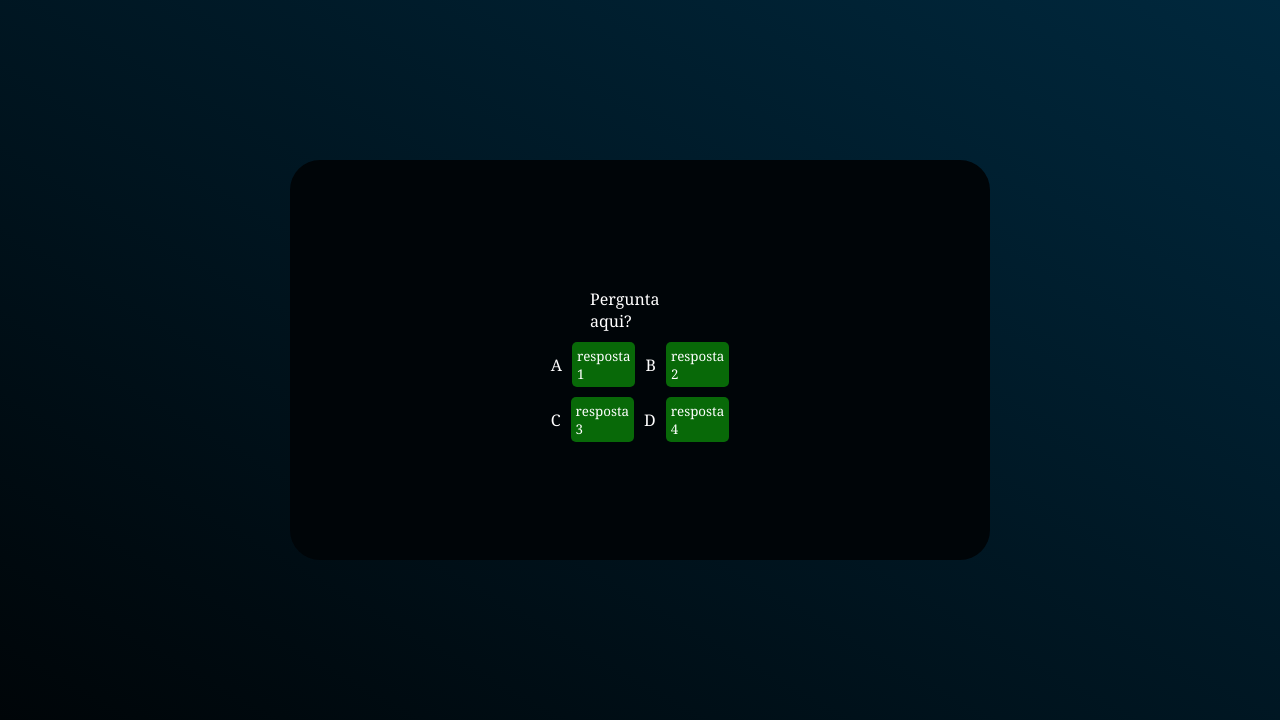
Repository: LaisSilvaO/Projeto-Quizz
Page: telas/index.html
These files come from the project's save history. The page is drawn as it stood at one moment and after the next save; the edit follows.
The browser window is 1280 px wide. The pictures show the whole page.

Above is the page before, as saved 2024-12-26 10:56:40.

After the next save:
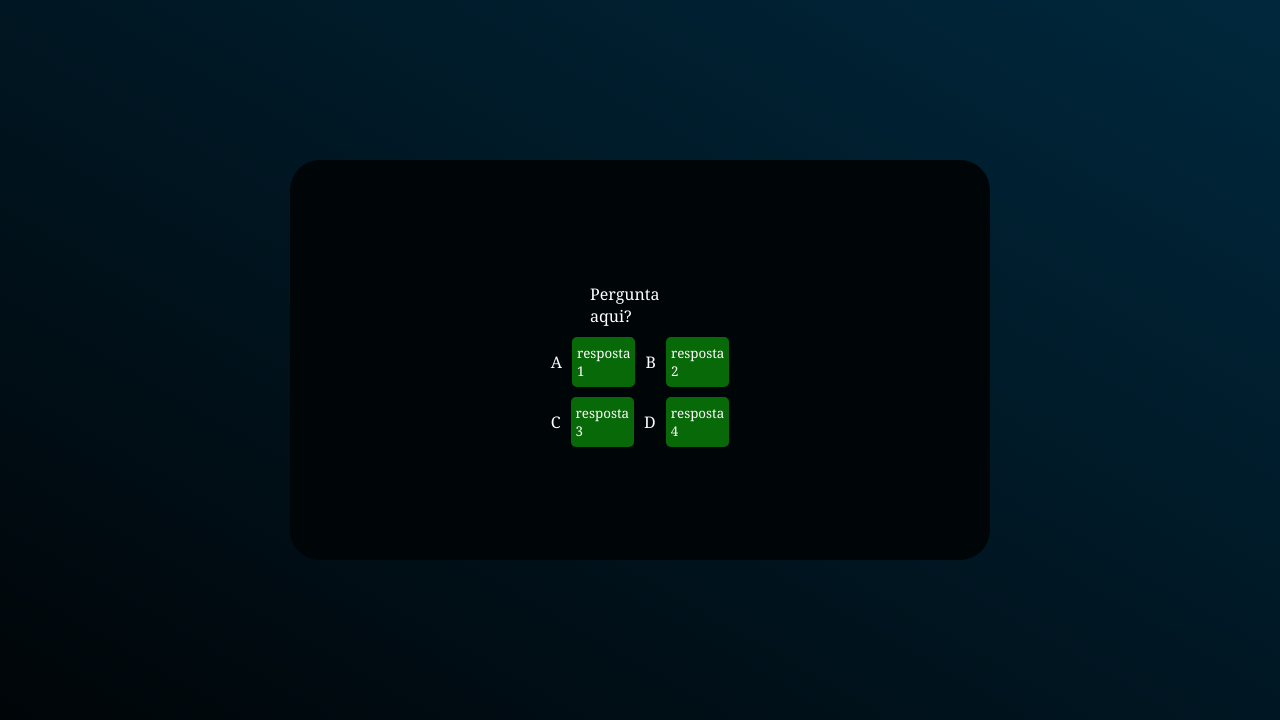
Saved 2 min 22 s later.
--- a/img/tela.css
+++ b/img/tela.css
@@ -142,3 +142,8 @@ button{
 .final button{
   text-align: center;
 }
+.respbotao{
+  width: 110px;
+  height: 50px;
+
+}

After the save that followed:
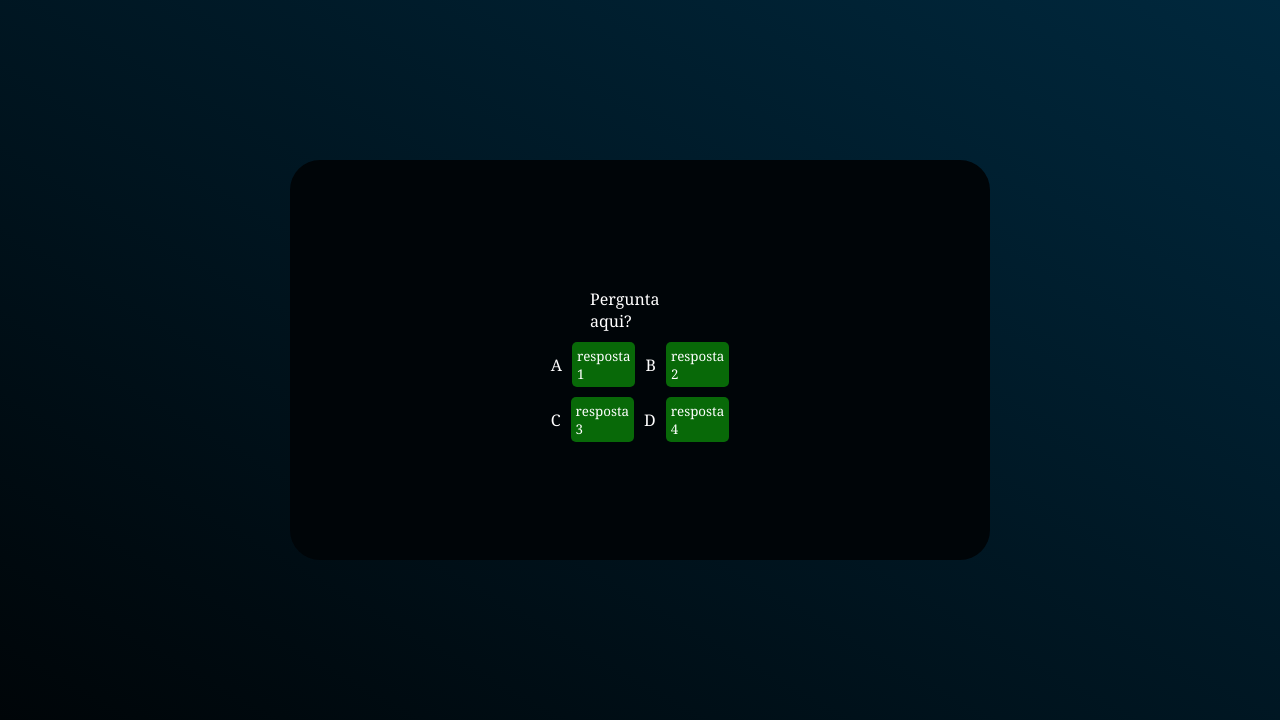
Saved 71 s later.
--- a/img/tela.css
+++ b/img/tela.css
@@ -142,8 +142,3 @@ button{
 .final button{
   text-align: center;
 }
-.respbotao{
-  width: 110px;
-  height: 50px;
-
-}
